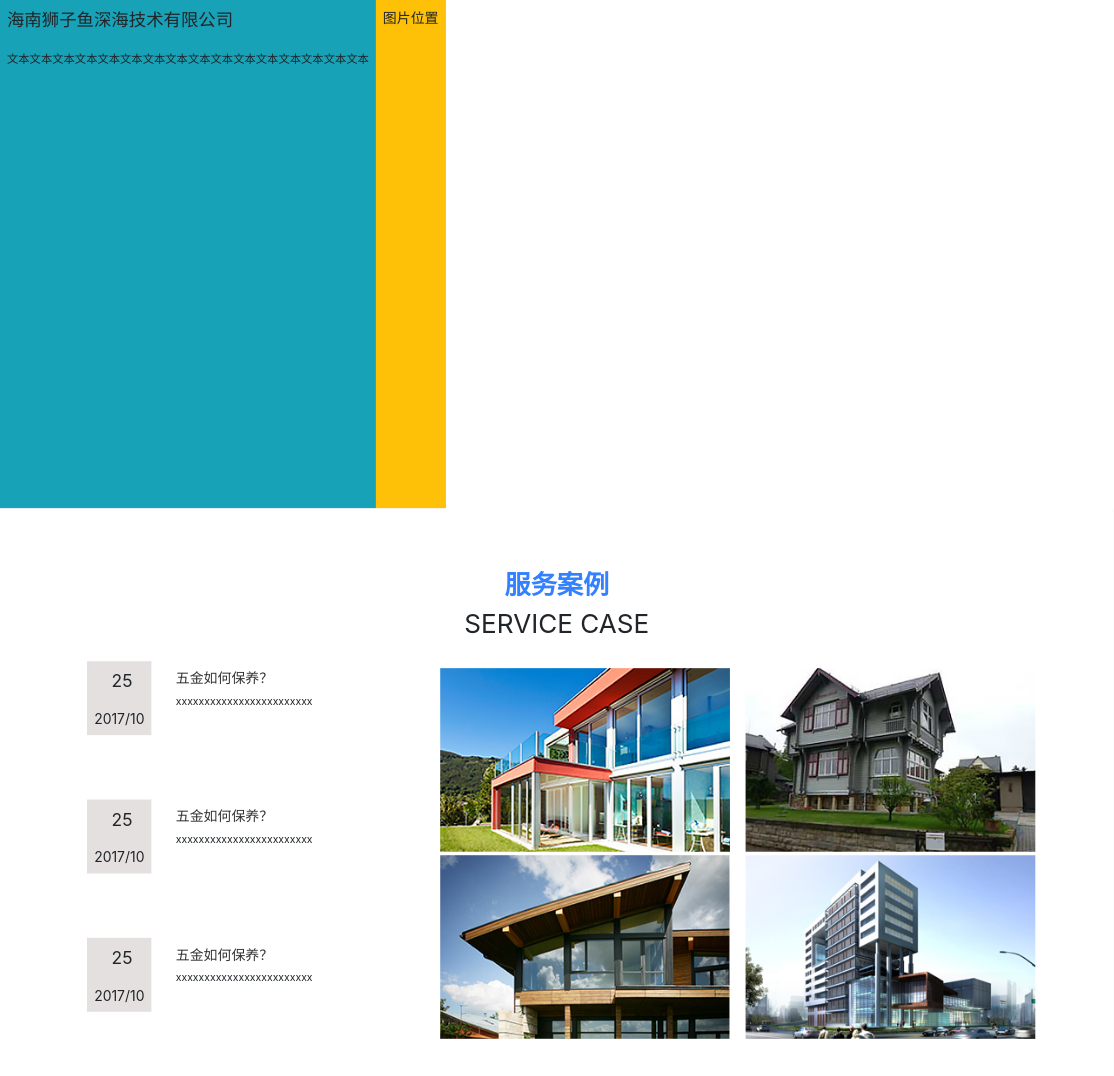
Repository: Noitom/Hadalsnailfish
Page: src/main/resources/static/html/main.html
These files come from the project's save history. The page is drawn as it stood at one moment and after the next save; the edit follows.
The browser window is 1280 px wide. The pictures show the whole page, at 87% of full size.

Above is the page before, as saved 2021-12-14 17:51:17.
Console error: TypeError: Cannot read properties of undefined (reading 'offsetTop')

After the next save:
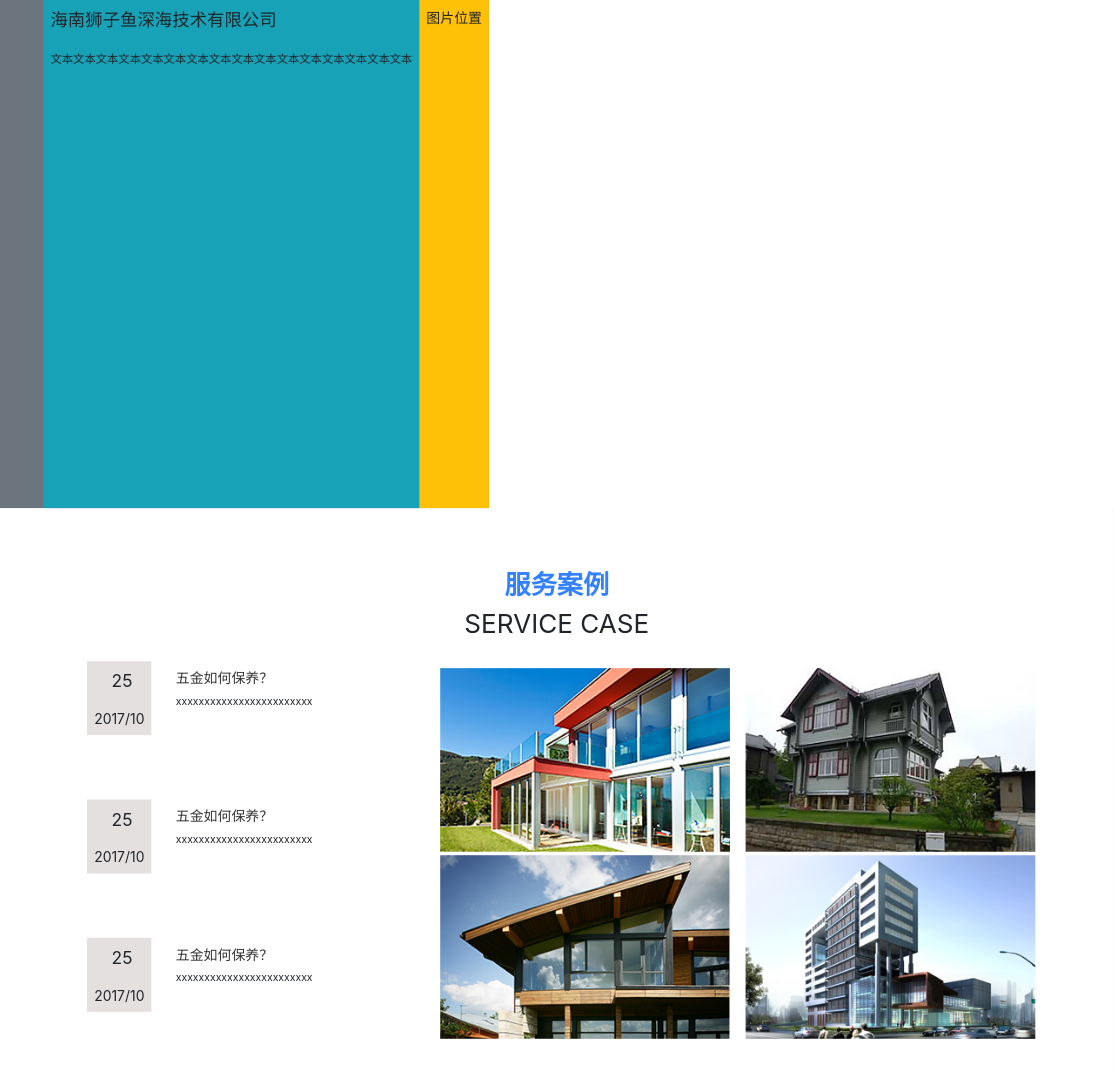
Saved 3 min 4 s later.
--- a/src/main/resources/static/html/main.html
+++ b/src/main/resources/static/html/main.html
@@ -61,7 +61,7 @@
 
     <div class="jumbotron-one d-flex flex-wrap szy-tow justify-content-between">
         <div class="d-flex flex-row bg-secondary mb-3">
-            <div class="p-2 mr-auto bg-info szy-tow-1">
+            <div class="p-2 mr-auto bg-info szy-tow-1" style="margin-left: 50px;">
                 <p>海南狮子鱼深海技术有限公司</p>
                 <span>文本文本文本文本文本文本文本文本文本文本文本文本文本文本文本文本</span>
             </div>

After the save that followed:
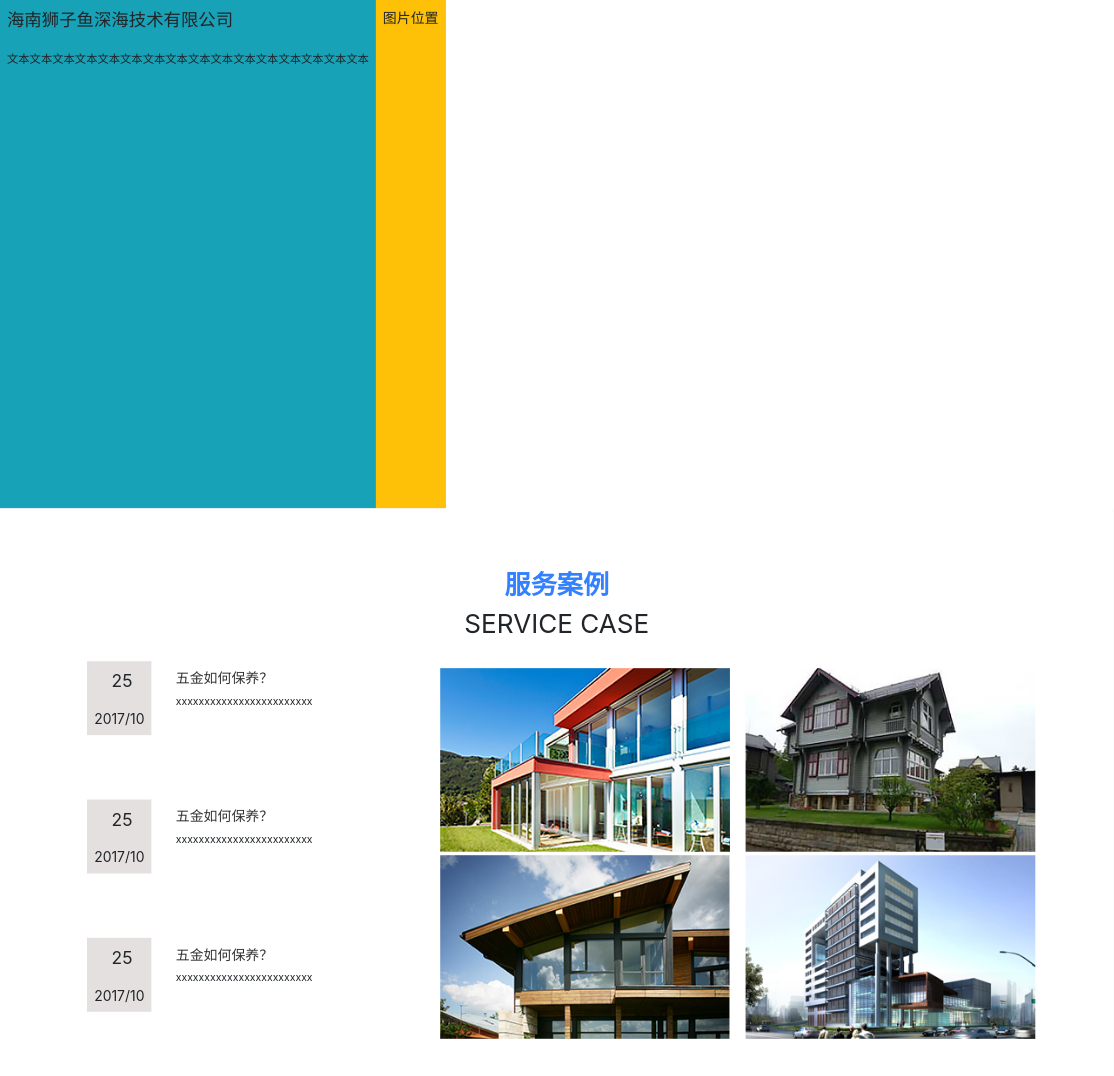
Saved 13 s later.
--- a/src/main/resources/static/html/main.html
+++ b/src/main/resources/static/html/main.html
@@ -61,7 +61,7 @@
 
     <div class="jumbotron-one d-flex flex-wrap szy-tow justify-content-between">
         <div class="d-flex flex-row bg-secondary mb-3">
-            <div class="p-2 mr-auto bg-info szy-tow-1" style="margin-left: 50px;">
+            <div class="p-2 mr-auto bg-info szy-tow-1" style="margin-right: 50px;">
                 <p>海南狮子鱼深海技术有限公司</p>
                 <span>文本文本文本文本文本文本文本文本文本文本文本文本文本文本文本文本</span>
             </div>
